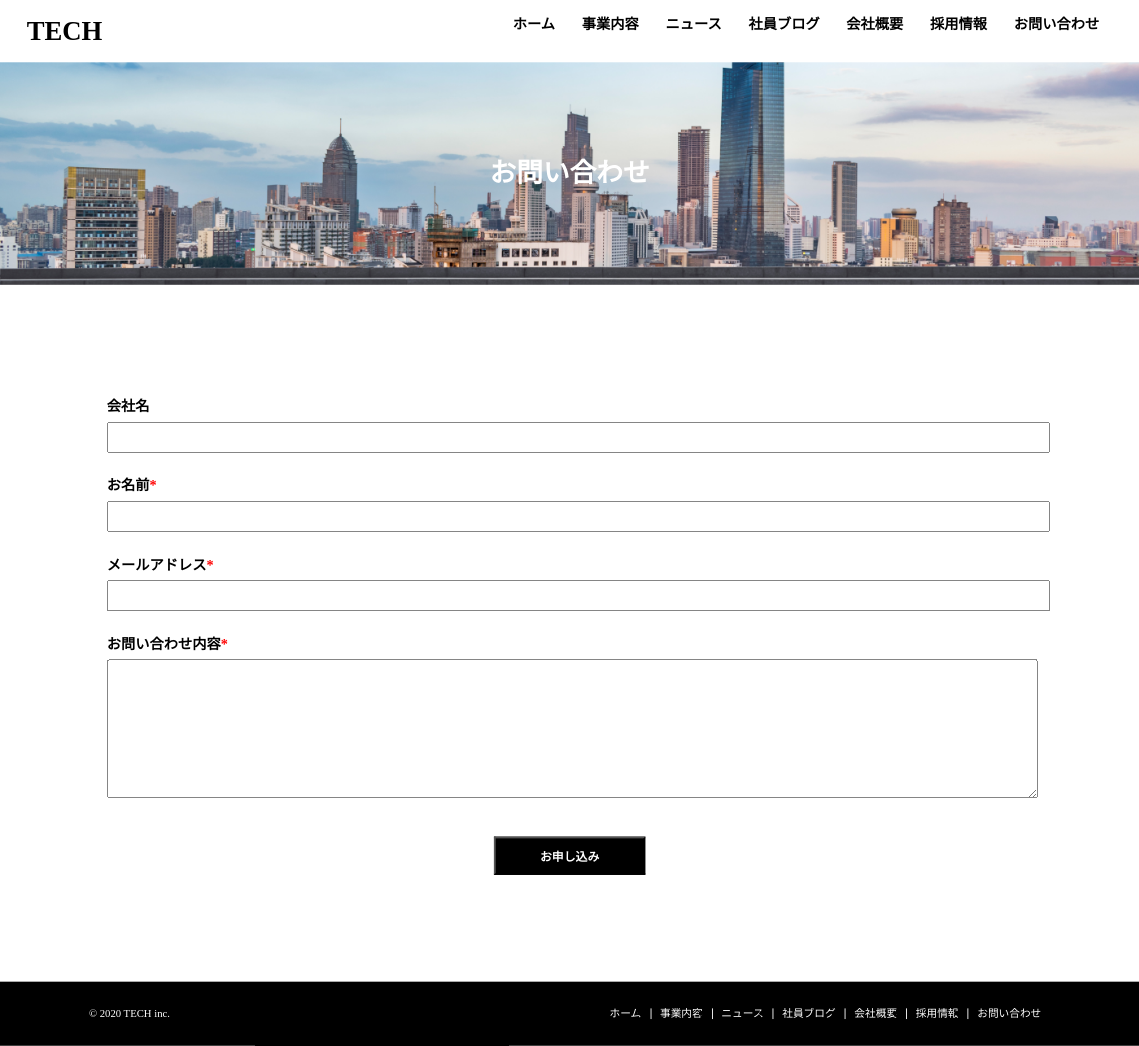
Repository: masanarimiura/20220516_miura
Page: contact.html
These files come from the project's save history. The page is drawn as it stood at one moment and after a run of saves; the edit follows.
The browser window is 1280 px wide. The pictures show the whole page, at 89% of full size.

Above is the page before, as saved 2022-05-14 02:01:00.

### contact.html
<!DOCTYPE html>
<html lang="ja">

<head>
  <meta charset="UTF-8">
  <meta http-equiv="X-UA-Compatible" content="IE=edge">
  <meta name="viewport" content="width=device-width, initial-scale=1.0">
  <title>Document</title>
  <link rel="stylesheet" href="css/reset.css">
  <link rel="stylesheet" href="css/contact.css">
</head>

<body>

  <header class="header">
    <h2 class="header__ttl"><a href="index.html">TECH</a></h2>
    <nav class="header__nav">
      <ul>
        <li><a href="index.html" class="header__nav__item1">ホーム</a></li>
        <li><a href="service.html" class="header__nav__item2">事業内容</a></li>
        <li><a href="news.html" class="header__nav__item3">ニュース</a></li>
        <li><a href="blog.html" class="header__nav__item4">社員ブログ</a></li>
        <li><a href="company.html" class="header__nav__item5">会社概要</a></li>
        <li><a href="recruit.html" class="header__nav__item6">採用情報</a></li>
        <li><a href="contact.html" class="header__nav__item7">お問い合わせ</a></li>
      </ul>
    </nav>
  </header>

  <div class="eyecatch">
    <h2 class="eyecatch__ttl">お問い合わせ</h2>
  </div>

  <div class="form">
    <form action="" class="" method="post">
      <div class="form-item">
        <p class="form-item-label">会社名</p>
        <input type="text" name="company" class="form-item-input">
      </div>
      <div class="form-item">
        <p class="form-item-label">お名前<span>*</span></p>
        <input type="text" name="name" class="form-item-input">
      </div>
      <div class="form-item">
        <p class="form-item-label">メールアドレス<span>*</span></p>
        <input type="text" name="email" class="form-item-input">
      </div>
      <div class="form-item">
        <p class="form-item-label">お問い合わせ内容<span>*</span></p>
        <textarea name="" class="textarea" cols="" rows="10"></textarea>
      </div>
      <input type="submit" class="form-btn" value="お申し込み">
    </form>
  </div>

  <footer class="footer">
    <div class="footer__copy">&copy; 2020 TECH inc.</div>
    <ul class="footer__nav">
      <li><a href="index.html" class="footer__nav__item">ホーム</a></li>
      <li><a href="service.html" class="footer__nav__item">事業内容</a></li>
      <li><a href="news.html" class="footer__nav__item">ニュース</a></li>
      <li><a href="blog.html" class="footer__nav__item">社員ブログ</a></li>
      <li><a href="company.html" class="footer__nav__item">会社概要</a></li>
      <li><a href="recruit.html" class="footer__nav__item">採用情報</a></li>
      <li><a href="contact.html" class="footer__nav__item nonborder">お問い合わせ</a></li>
    </ul>
  </footer>

  <script src="js/main.js"></script>
</body>

</html>

### css/reset.css
/*
html5doctor.com Reset Stylesheet
v1.6.1
Last Updated: 2010-09-17
Author: Richard Clark - http://richclarkdesign.com
Twitter: @rich_clark
*/
html,
body,
div,
span,
object,
iframe,
h1,
h2,
h3,
h4,
h5,
h6,
p,
blockquote,
pre,
abbr,
address,
cite,
code,
del,
dfn,
em,
img,
ins,
kbd,
q,
samp,
small,
strong,
sub,
sup,
var,
b,
i,
dl,
dt,
dd,
ol,
ul,
li,
fieldset,
form,
label,
legend,
table,
caption,
tbody,
tfoot,
thead,
tr,
th,
td,
article,
aside,
canvas,
details,
figcaption,
figure,
footer,
header,
hgroup,
menu,
nav,
section,
summary,
time,
mark,
audio,
video {
  margin: 0;
  padding: 0;
  border: 0;
  outline: 0;
  font-size: 100%;
  vertical-align: baseline;
  background: transparent;
}

body {
  line-height: 1;
}

article,
aside,
details,
figcaption,
figure,
footer,
header,
hgroup,
menu,
nav,
section {
  display: block;
}

nav ul {
  list-style: none;
}

blockquote,
q {
  quotes: none;
}

blockquote:before,
blockquote:after,
q:before,
q:after {
  content: "";
  content: none;
}

a {
  margin: 0;
  padding: 0;
  font-size: 100%;
  vertical-align: baseline;
  background: transparent;
}

/* change colours to suit your needs */
ins {
  background-color: #ff9;
  color: #000;
  text-decoration: none;
}

/* change colours to suit your needs */
mark {
  background-color: #ff9;
  color: #000;
  font-style: italic;
  font-weight: bold;
}

del {
  text-decoration: line-through;
}

abbr[title],
dfn[title] {
  border-bottom: 1px dotted;
  cursor: help;
}

table {
  border-collapse: collapse;
  border-spacing: 0;
}

/* change border colour to suit your needs */
hr {
  display: block;
  height: 1px;
  border: 0;
  border-top: 1px solid #cccccc;
  margin: 1em 0;
  padding: 0;
}

input,
select {
  vertical-align: middle;
}

### css/contact.css
h2 {
  font-size: 30px;
  font-weight: bold;
}
h3 {
  font-size: 20px;
  font-weight: bold;
  line-height: 1.5;
}
a {
  text-decoration: none;
}
p {
  line-height: 1.5;
}
.button {
  display: block;
  text-align: center;
  color: #fff;
  font-size: 18px;
  font-weight: bold;
  background-color: rgb(160, 5, 5);
  width: 350px;
  padding: 12px;
}

.header {
  display: flex;
  justify-content: space-between;
  text-align: center;
  padding: 20px 30px;
  position: sticky;
  top: 0;
  background-color: #fff;
  z-index: 1;
}
.header__ttl a {
  color: #000;
}
.header__nav ul {
  display: flex;
  justify-content: space-between;
}
.header__nav ul li {
  padding: 0 15px;
  font-size: 16px;
  font-weight: bold;
}
.header__nav ul li a {
  color: #000;
}

.eyecatch {
  background: url(../img/mv.png) center/cover;
  height: 250px;
  display: flex;
  justify-content: center;
  align-items: center;
}
.eyecatch__ttl {
  color: #fff;
}

.form {
  margin: 120px;
}
.from-itme {
  width: 100%;
}
.form-item-label {
  font-weight: bold;
  padding: 5px 0;
}
.form-item-label span {
  color: red;
}
.form-item-input {
  width: 100%;
  margin-bottom: 20px;
  padding: 8px;
}
.textarea {
  width: 100%;
}
.form-btn {
  margin: 40px auto;
  display: flex;
  justify-content: center;
  text-align: center;
  padding: 10px 50px;
  background: #000;
  color: #fff;
  font-weight: bold;
  cursor: pointer;
}

.contact {
  margin-top: 80px;
  background: rgb(233, 233, 233);
  height: 300px;
  display: flex;
  justify-content: center;
  align-items: center;
}
.contact__inner {
  text-align: center;
}
.contact__txt {
  margin-top: 50px;
}
.contact__link {
  margin: 30px auto 0;
}

.footer {
  background: #000;
  display: flex;
  align-items: center;
  justify-content: space-between;
  padding: 20px 100px;
}
.footer__copy {
  font-size: 12px;
  color: #fff;
}
.footer__nav {
  display: flex;
}
.footer__nav__item {
  display: inline-block;
  margin: 10px 0;
  color: #fff;
  font-size: 12px;
  padding: 0 10px;
  border-right: #fff 1px solid;
}
.nonborder {
  border: none;
}

Loaded but not shown: js/main.js (no copy from this time; the picture is the same without it)

After the next 2 saves:
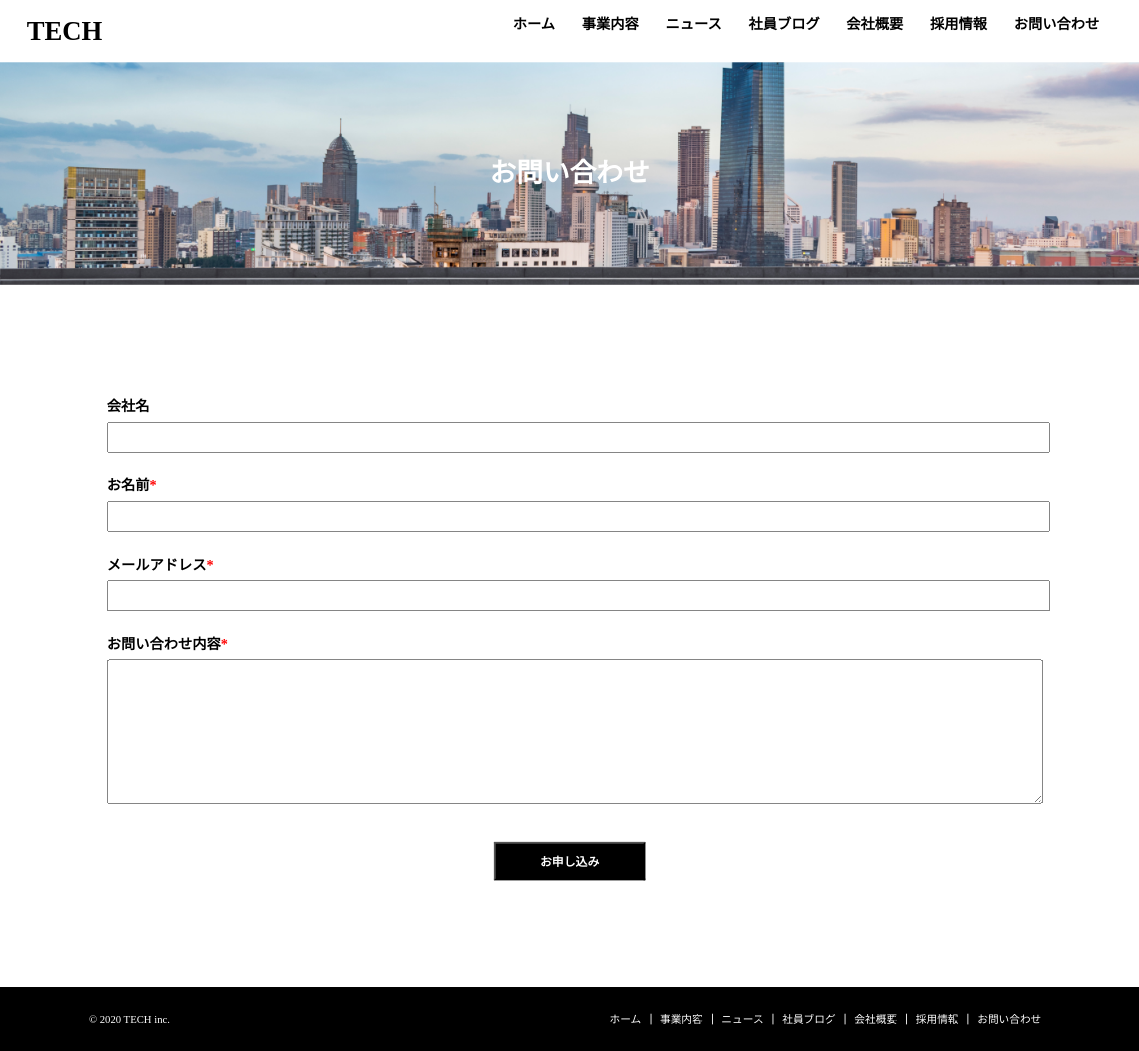
The 2 saves are shown as one change because they came seconds apart.
The last was saved 2 min 28 s later.
--- a/css/contact.css
+++ b/css/contact.css
@@ -81,6 +81,7 @@ p {
 }
 .textarea {
   width: 100%;
+  padding: 5px;s
 }
 .form-btn {
   margin: 40px auto;
